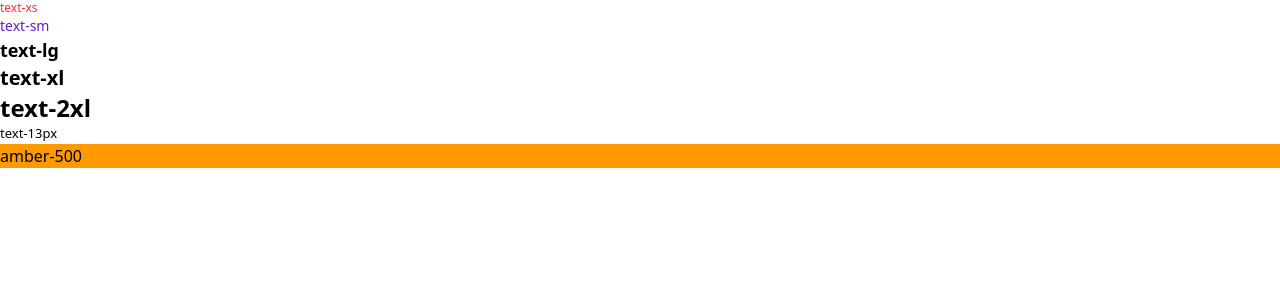
Repository: kkhhjjoo/onebite-tailwind
Page: /
The author's editor kept a copy of each file at every save. The page is drawn from the files as they stood at one save, then again after the next save.
The browser window is 1280 px wide. The pictures show the whole page.
The project was rebuilt for these pictures with package versions that can differ from the ones it lists, and the page was loaded fresh each time. Also part of the build but not shown: vite.config.ts, src/App.css.

Above is the page before, as saved 2025-12-24 19:39:36.

After the next save:
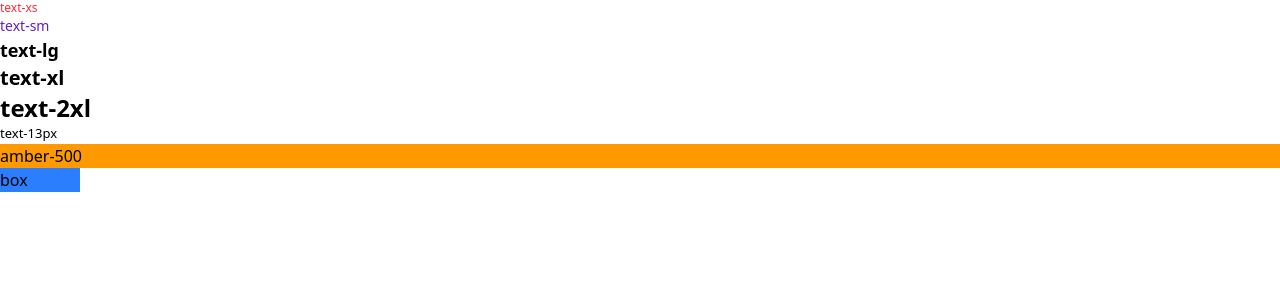
Saved 2 min 6 s later.
--- a/src/App.tsx
+++ b/src/App.tsx
@@ -15,6 +15,7 @@ function App() {
       <div className="bg-amber-500">amber-500</div>
 
       {/* 3. 사이즈 */}
+      <div className="w-20 bg-blue-500">box</div>
     </div>
   );
 }
